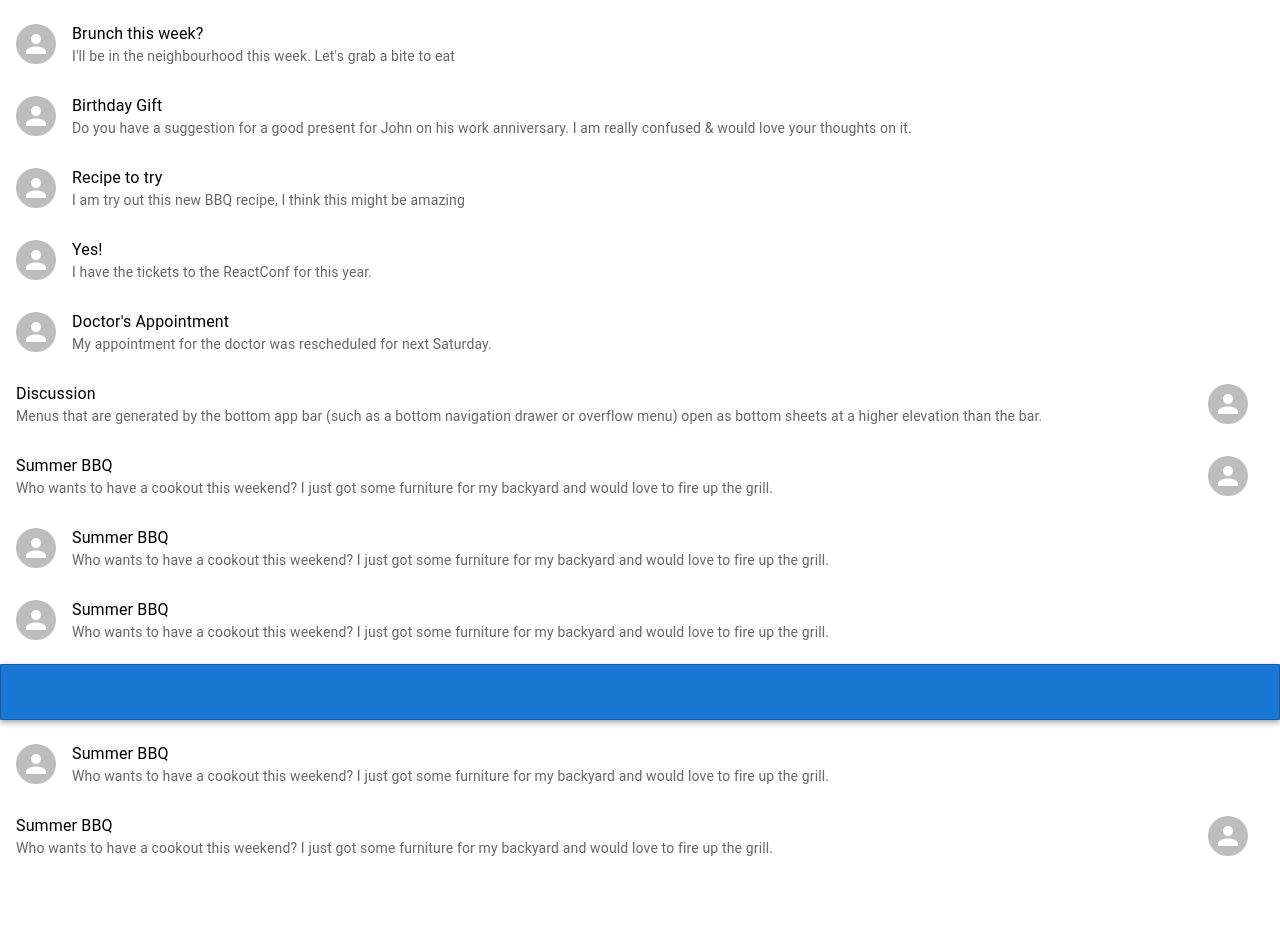
Repository: background-position/midway-react
Page: /chart
An editor plug-in stored every save of this project. The page is shown before and after the next save, followed by the edit.
The browser window is 1280 px wide. The pictures show the whole page.
The project was rebuilt for these pictures with package versions that can differ from the ones it lists, and the page was loaded fresh each time. Also part of the build but not shown: vite.config.ts, src/service/apis/lambda/index.ts, src/client/pages/login/login.tsx, src/client/pages/register/register.tsx.

Above is the page before, as saved 2021-12-31 17:56:32.

### src/main.tsx
import React from 'react';
import ReactDOM from 'react-dom';
import './index.css';
import App from './client/App';
import { BrowserRouter } from 'react-router-dom';
ReactDOM.render(
    <BrowserRouter>
        <React.StrictMode>
            <App />
        </React.StrictMode>
    </BrowserRouter>,
    document.getElementById('root'),
);

### src/client/App.tsx
import React from 'react';
import { Routes, Route } from 'react-router-dom';
import About from './pages/about/about';
import Login from './pages/login/login';
import Register from './pages/register/register';
import Chart from './pages/chart/index';
function App() {
    return (
        <div className="App">
            <Routes>
                <Route path="/" element={<Login />} />
                <Route path="/register" element={<Register />} />
                <Route path="/chart" element={<Chart />} />
            </Routes>
        </div>
    );
}
export default App;

### src/client/pages/chart/index.tsx
import React, { useState, useEffect, FC } from 'react';
import Container from '@mui/material/Container';
import Header from './components/header';
import Chart from './components/chart';

interface PageProps {}
const App: FC<PageProps> = () => {
    return <Chart />;
};
export default App;

### src/client/pages/chart/components/chart.tsx
import React, { useState, useEffect, FC } from 'react';
import { chartList } from './res';
import { styled } from '@mui/material/styles';
import TextField from '@mui/material/TextField';
import AppBar from '@mui/material/AppBar';
import Box from '@mui/material/Box';
import CssBaseline from '@mui/material/CssBaseline';
import Toolbar from '@mui/material/Toolbar';
import Typography from '@mui/material/Typography';
import IconButton from '@mui/material/IconButton';
import Paper from '@mui/material/Paper';
import Fab from '@mui/material/Fab';
import List from '@mui/material/List';
import ListItem from '@mui/material/ListItem';
import ListItemAvatar from '@mui/material/ListItemAvatar';
import ListItemText from '@mui/material/ListItemText';
import ListSubheader from '@mui/material/ListSubheader';
import Avatar from '@mui/material/Avatar';
import MenuIcon from '@mui/icons-material/Menu';
import AddIcon from '@mui/icons-material/Add';
import SearchIcon from '@mui/icons-material/Search';
import MoreIcon from '@mui/icons-material/MoreVert';
import { makeStyles } from '@material-ui/styles';
interface PageProps {}
const useStyles = makeStyles({
    root: {
        backgroundColor: 'red',
        width: '200px',
    },
});

const App: FC<PageProps> = () => {
    const classes = {
        alignItems: 'flex-end',
    };
    return (
        <div>
            <List sx={{ mb: 2, marginBottom: '0px' }}>
                {chartList.map(({ id, nickname, content, isMe }) => (
                    <React.Fragment key={id}>
                        {isMe ? (
                            <ListItem button>
                                <ListItemText
                                    primary={nickname}
                                    secondary={content}
                                />
                                <ListItemAvatar>
                                    <Avatar alt="Profile Picture" />
                                </ListItemAvatar>
                            </ListItem>
                        ) : (
                            <ListItem button>
                                <ListItemAvatar>
                                    <Avatar alt="Profile Picture" />
                                </ListItemAvatar>
                                <ListItemText
                                    primary={nickname}
                                    secondary={content}
                                />
                            </ListItem>
                        )}
                    </React.Fragment>
                ))}
            </List>
            <AppBar position="sticky" sx={{ top: 'auto', bottom: 0 }}>
                <TextField id="outlined-basic" variant="outlined" />
            </AppBar>
        </div>
    );
};
export default App;

### src/client/pages/chart/components/res.ts
interface chartItem {
    id?: string | number;
    nickname: string;
    content: string;
    logo?: string;
    isMe: boolean;
    [propname: string]: any;
}
export const chartList: Array<chartItem> = [
    {
        id: 1,
        nickname: 'Brunch this week?',
        content:
            "I'll be in the neighbourhood this week. Let's grab a bite to eat",
        isMe: false,
    },
    {
        id: 2,
        nickname: 'Birthday Gift',
        content: `Do you have a suggestion for a good present for John on his work
        anniversary. I am really confused & would love your thoughts on it.`,
        isMe: false,
    },
    {
        id: 3,
        nickname: 'Recipe to try',
        content:
            'I am try out this new BBQ recipe, I think this might be amazing',
        isMe: false,
    },
    {
        id: 4,
        nickname: 'Yes!',
        content: 'I have the tickets to the ReactConf for this year.',
        isMe: false,
    },
    {
        id: 5,
        nickname: "Doctor's Appointment",
        content:
            'My appointment for the doctor was rescheduled for next Saturday.',
        isMe: false,
    },
    {
        id: 6,
        nickname: 'Discussion',
        content: `Menus that are generated by the bottom app bar (such as a bottom
        navigation drawer or overflow menu) open as bottom sheets at a higher elevation
        than the bar.`,
        isMe: true,
    },
    {
        id: 7,
        nickname: 'Summer BBQ',
        content: `Who wants to have a cookout this weekend? I just got some furniture
        for my backyard and would love to fire up the grill.`,
        isMe: true,
    },
    {
        id: 71,
        nickname: 'Summer BBQ',
        content: `Who wants to have a cookout this weekend? I just got some furniture
        for my backyard and would love to fire up the grill.`,
        isMe: false,
    },
    {
        id: 72,
        nickname: 'Summer BBQ',
        content: `Who wants to have a cookout this weekend? I just got some furniture
        for my backyard and would love to fire up the grill.`,
        isMe: false,
    },
    {
        id: 73,
        nickname: 'Summer BBQ',
        content: `Who wants to have a cookout this weekend? I just got some furniture
        for my backyard and would love to fire up the grill.`,
        isMe: true,
    },
    {
        id: 74,
        nickname: 'Summer BBQ',
        content: `Who wants to have a cookout this weekend? I just got some furniture
        for my backyard and would love to fire up the grill.`,
        isMe: false,
    },
    {
        id: 75,
        nickname: 'Summer BBQ',
        content: `Who wants to have a cookout this weekend? I just got some furniture
        for my backyard and would love to fire up the grill.`,
        isMe: true,
    },
];

Loaded but not shown: index.html (common file); src/index.css (common file)

After the next save:
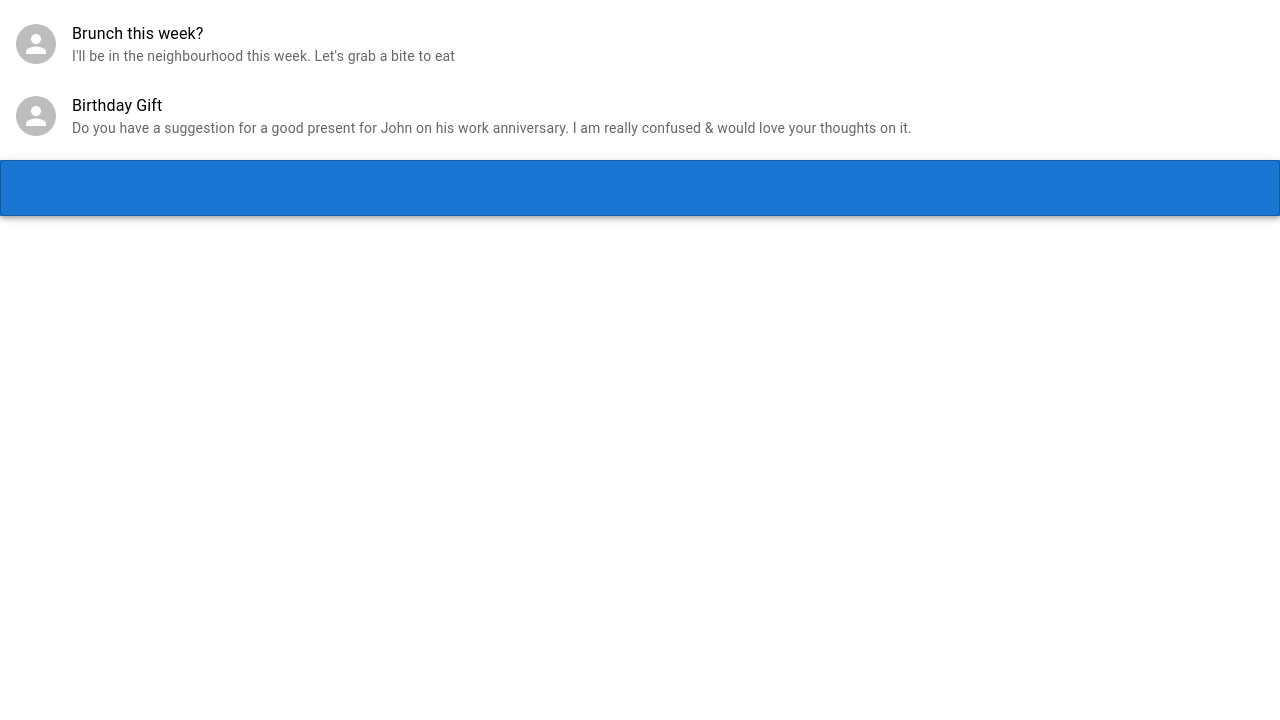
Saved 3 min 31 s later.
--- a/src/client/pages/chart/components/res.ts
+++ b/src/client/pages/chart/components/res.ts
@@ -21,74 +21,74 @@ export const chartList: Array<chartItem> = [
         anniversary. I am really confused & would love your thoughts on it.`,
         isMe: false,
     },
-    {
-        id: 3,
-        nickname: 'Recipe to try',
-        content:
-            'I am try out this new BBQ recipe, I think this might be amazing',
-        isMe: false,
-    },
-    {
-        id: 4,
-        nickname: 'Yes!',
-        content: 'I have the tickets to the ReactConf for this year.',
-        isMe: false,
-    },
-    {
-        id: 5,
-        nickname: "Doctor's Appointment",
-        content:
-            'My appointment for the doctor was rescheduled for next Saturday.',
-        isMe: false,
-    },
-    {
-        id: 6,
-        nickname: 'Discussion',
-        content: `Menus that are generated by the bottom app bar (such as a bottom
-        navigation drawer or overflow menu) open as bottom sheets at a higher elevation
-        than the bar.`,
-        isMe: true,
-    },
-    {
-        id: 7,
-        nickname: 'Summer BBQ',
-        content: `Who wants to have a cookout this weekend? I just got some furniture
-        for my backyard and would love to fire up the grill.`,
-        isMe: true,
-    },
-    {
-        id: 71,
-        nickname: 'Summer BBQ',
-        content: `Who wants to have a cookout this weekend? I just got some furniture
-        for my backyard and would love to fire up the grill.`,
-        isMe: false,
-    },
-    {
-        id: 72,
-        nickname: 'Summer BBQ',
-        content: `Who wants to have a cookout this weekend? I just got some furniture
-        for my backyard and would love to fire up the grill.`,
-        isMe: false,
-    },
-    {
-        id: 73,
-        nickname: 'Summer BBQ',
-        content: `Who wants to have a cookout this weekend? I just got some furniture
-        for my backyard and would love to fire up the grill.`,
-        isMe: true,
-    },
-    {
-        id: 74,
-        nickname: 'Summer BBQ',
-        content: `Who wants to have a cookout this weekend? I just got some furniture
-        for my backyard and would love to fire up the grill.`,
-        isMe: false,
-    },
-    {
-        id: 75,
-        nickname: 'Summer BBQ',
-        content: `Who wants to have a cookout this weekend? I just got some furniture
-        for my backyard and would love to fire up the grill.`,
-        isMe: true,
-    },
+    // {
+    //     id: 3,
+    //     nickname: 'Recipe to try',
+    //     content:
+    //         'I am try out this new BBQ recipe, I think this might be amazing',
+    //     isMe: false,
+    // },
+    // {
+    //     id: 4,
+    //     nickname: 'Yes!',
+    //     content: 'I have the tickets to the ReactConf for this year.',
+    //     isMe: false,
+    // },
+    // {
+    //     id: 5,
+    //     nickname: "Doctor's Appointment",
+    //     content:
+    //         'My appointment for the doctor was rescheduled for next Saturday.',
+    //     isMe: false,
+    // },
+    // {
+    //     id: 6,
+    //     nickname: 'Discussion',
+    //     content: `Menus that are generated by the bottom app bar (such as a bottom
+    //     navigation drawer or overflow menu) open as bottom sheets at a higher elevation
+    //     than the bar.`,
+    //     isMe: true,
+    // },
+    // {
+    //     id: 7,
+    //     nickname: 'Summer BBQ',
+    //     content: `Who wants to have a cookout this weekend? I just got some furniture
+    //     for my backyard and would love to fire up the grill.`,
+    //     isMe: true,
+    // },
+    // {
+    //     id: 71,
+    //     nickname: 'Summer BBQ',
+    //     content: `Who wants to have a cookout this weekend? I just got some furniture
+    //     for my backyard and would love to fire up the grill.`,
+    //     isMe: false,
+    // },
+    // {
+    //     id: 72,
+    //     nickname: 'Summer BBQ',
+    //     content: `Who wants to have a cookout this weekend? I just got some furniture
+    //     for my backyard and would love to fire up the grill.`,
+    //     isMe: false,
+    // },
+    // {
+    //     id: 73,
+    //     nickname: 'Summer BBQ',
+    //     content: `Who wants to have a cookout this weekend? I just got some furniture
+    //     for my backyard and would love to fire up the grill.`,
+    //     isMe: true,
+    // },
+    // {
+    //     id: 74,
+    //     nickname: 'Summer BBQ',
+    //     content: `Who wants to have a cookout this weekend? I just got some furniture
+    //     for my backyard and would love to fire up the grill.`,
+    //     isMe: false,
+    // },
+    // {
+    //     id: 75,
+    //     nickname: 'Summer BBQ',
+    //     content: `Who wants to have a cookout this weekend? I just got some furniture
+    //     for my backyard and would love to fire up the grill.`,
+    //     isMe: true,
+    // },
 ];
